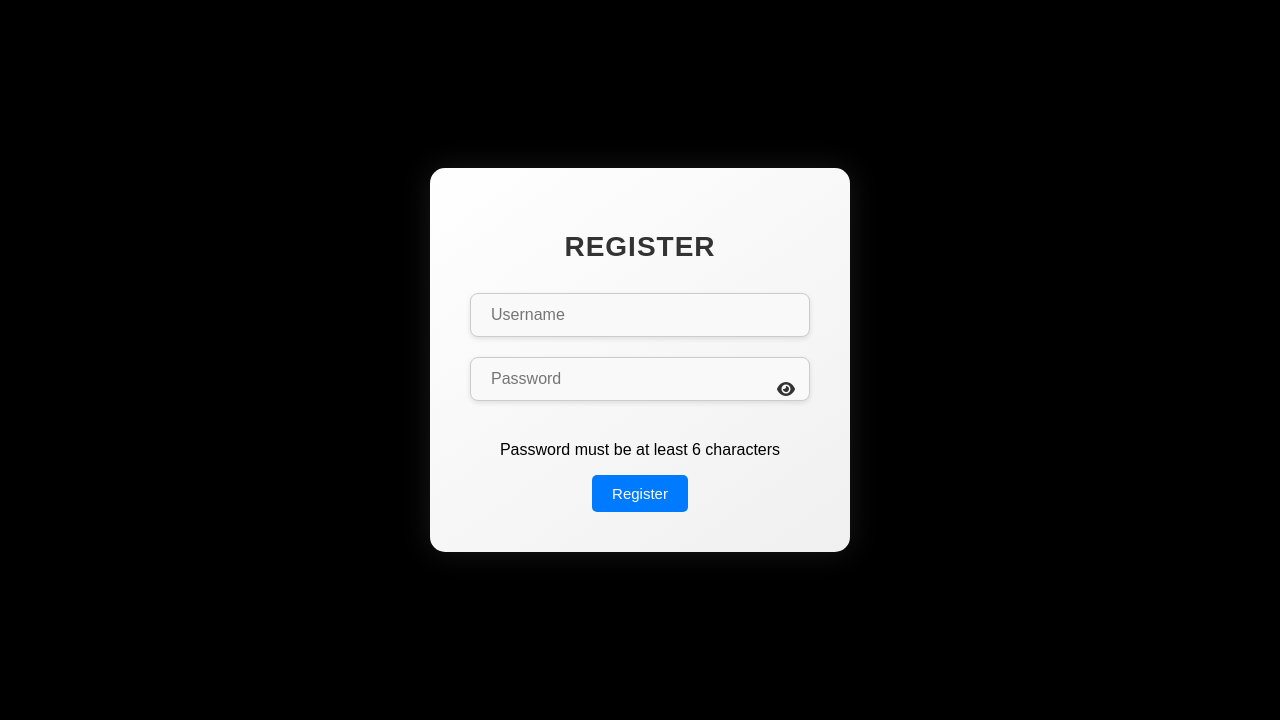
Repository: mdmisri/needy-talk
Page: /register (app in frontend/talk-d1/)
An editor plug-in stored every save of this project. The page is shown before and after the next save, followed by the edit.
The browser window is 1280 px wide. The pictures show the whole page.
The page's requests for data from a server got no answer. The project was rebuilt for these pictures with package versions that can differ from the ones it lists, and the page was loaded fresh each time. No one was signed in, and anything a server would have sent is missing. Also part of the build but not shown: frontend/talk-d1/src/components/Login/Login.js, frontend/talk-d1/src/conversationUtils.js, frontend/talk-d1/src/hooks/useConversation.js, frontend/talk-d1/src/components/Chat/styles/Message.css, frontend/talk-d1/src/components/Chat/Message.js, frontend/talk-d1/src/components/Chat/ChatBox.js, frontend/talk-d1/src/components/Chat/AdminChatBox.js, frontend/talk-d1/src/components/Chat/AdminSelection.js and 1 more.

Above is the page before, as saved 2024-07-31 01:25:47.

After the next save:
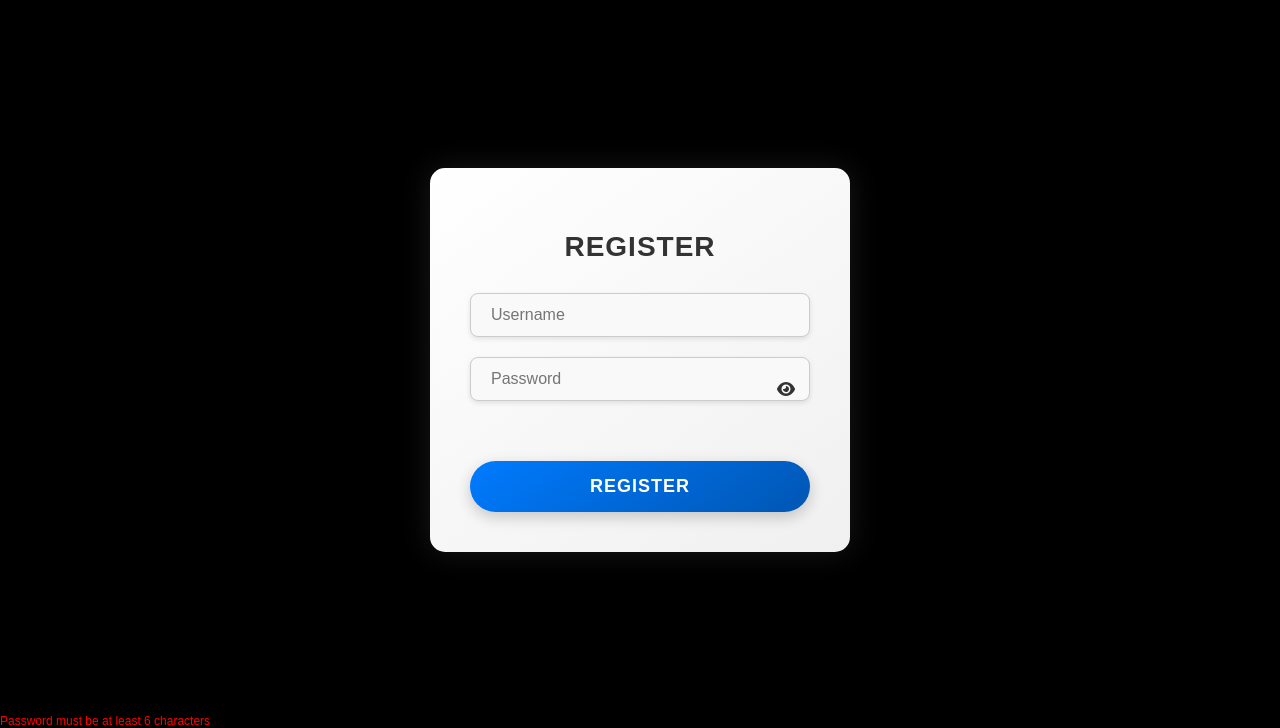
Saved 2 min 28 s later.
--- a/frontend/talk-d1/src/components/Register/Register.css
+++ b/frontend/talk-d1/src/components/Register/Register.css
@@ -73,6 +73,62 @@ body, html {
     transition: color 0.3s ease;
 }
 
+.form-container .password-toggle-icon:hover {
+    color: #007BFF;
+}
+
 .password-requirement {
-    color: #000000;
+    position: absolute;
+    bottom: -20px; /* Adjust this value to position the text closer or further from the input box */
+    left: 0;
+    width: 100%;
+    text-align: left;
+    font-size: 12px;
+    color: #ff0000;
+    margin-top: 5px;
 }
+
+.form-container .checkbox-container {
+    display: flex;
+    align-items: center;
+    justify-content: flex-start;
+    margin-bottom: 20px;
+    font-size: 16px;
+}
+
+.form-container .checkbox-container input[type="checkbox"] {
+    margin-right: 10px;
+    cursor: pointer;
+}
+
+.admin-text {
+    color: #333;
+}
+
+.form-container button {
+    width: 100%;
+    padding: 15px;
+    background: linear-gradient(145deg, #007bff, #0056b3);
+    color: #fff;
+    border: none;
+    border-radius: 50px;
+    cursor: pointer;
+    font-size: 18px;
+    font-weight: 600;
+    text-transform: uppercase;
+    letter-spacing: 1px;
+    transition: all 0.3s ease;
+    box-shadow: 0 5px 15px rgba(0, 0, 0, 0.2);
+    margin-top: 20px;
+}
+
+.form-container button:hover {
+    background: linear-gradient(145deg, #0056b3, #004494);
+    transform: translateY(-3px);
+    box-shadow: 0 7px 20px rgba(0, 0, 0, 0.3);
+}
+
+.form-container button:active {
+    transform: translateY(0);
+    box-shadow: 0 3px 10px rgba(0, 0, 0, 0.2);
+}
